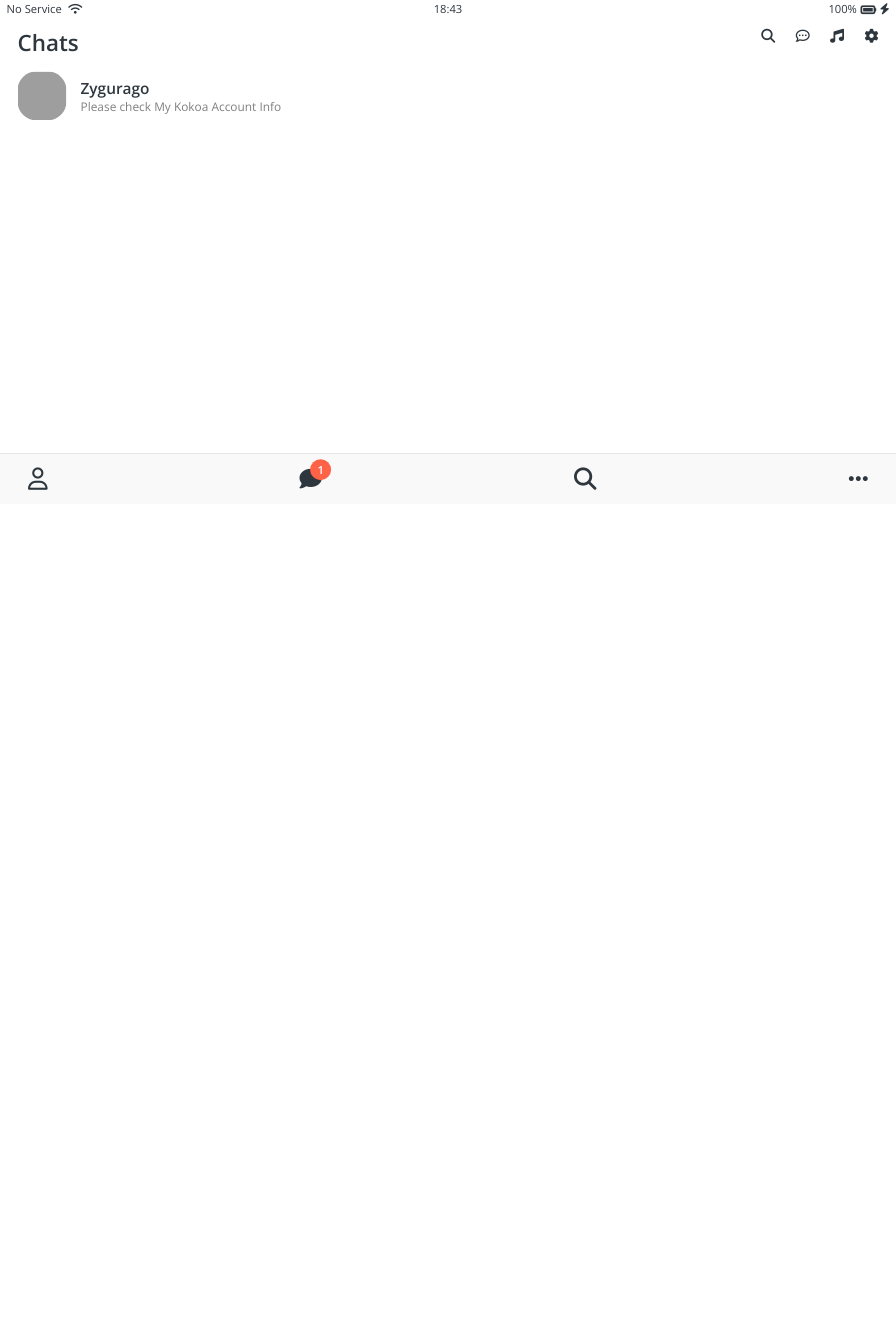
Repository: mocusura12/kokoa-clone-2020
Page: chats.html
These files come from the project's save history. The page is drawn as it stood at one moment and after the next save; the edit follows.
The browser window is 1280 px wide. The pictures show the part of the page from y = 0 to 1920 px (the page is 7200 px tall), at 70% of full size.
Pictures or frames that could not be fetched are drawn as grey boxes. Some web libraries are served in a nearby version.

Above is the page before, as saved 2022-02-23 23:10:42.

### chats.html
<!DOCTYPE html>
<html lang="en">
  <head>
    <link rel="stylesheet" href="css/styles.css" />
    <meta charset="UTF-8" />
    <meta http-equiv="X-UA-Compatible" content="IE=edge" />
    <meta name="viewport" content="width=device-width, initial-scale=1.0" />
    <title>Chats - Kokoa Clone</title>
  </head>
  <body>
    <div class="status-bar">
      <div class="status-bar__column">
        <span>No Service</span>
        <i class="fas fa-wifi"></i>
      </div>
      <div class="status-bar__column">
        <span>18:43</span>
      </div>
      <div class="status-bar__column">
        <span>100%</span>
        <i class="fas fa-battery-full fa-lg"></i>
        <i class="fas fa-bolt"></i>
      </div>
    </div>
    <header class="screen-header">
      <h1 class="screen-header__title">Chats</h1>
      <div class="screen-header__icons">
        <span><i class="fas fa-search fa-lg"></i></span>
        <span><i class="far fa-comment-dots fa-lg"></i></span>
        <span><i class="fas fa-music fa-lg"></i></span>
        <span><i class="fas fa-cog fa-lg"></i></span>
      </div>
    </header>

    <main class="friends-screen">
      <div class="user-component">
        <div class="user-component__column">
          <img
            src="https://avatars.githubusercontent.com/u/3612017"
            class="user-component__avatar"
          />
          <div class="user-component__text">
            <h4 class="user-component__title">Zygurago</h4>
            <h6 class="user-component__subtitle">
              Please check My Kokoa Account Info
            </h6>
          </div>
        </div>
        <div class="user-component__column"></div>
      </div>
    </main>

    <nav class="nav">
      <ul class="nav__list">
        <li class="nav__btn">
          <a class="nav__link" href="friends.html"
            ><i class="far fa-user fa-2x"></i
          ></a>
        </li>
        <li class="nav__btn">
          <a class="nav__link" href="chats.html">
            <span class="nav__notification">1</span>
            <i class="fas fa-comment fa-2x"></i>
          </a>
        </li>
        <li class="nav__btn">
          <a class="nav__link" href="find.html"
            ><i class="fas fa-search fa-2x"></i
          ></a>
        </li>
        <li class="nav__btn">
          <a class="nav__link" href="more.html"
            ><i class="fas fa-ellipsis-h fa-2x"></i
          ></a>
        </li>
      </ul>
    </nav>

    <script
      src="https://kit.fontawesome.com/6478f529f2.js"
      crossorigin="anonymous"
    ></script>
  </body>
</html>

### css/styles.css
@import url("https://fonts.googleapis.com/css2?family=Open+Sans:wght@400;600&display=swap");
@import "reset.css";
@import "variables.css";
/*Components*/
@import "components/status-bar.css";
@import "components/nav-bar.css";
@import "components/screen-header.css";
@import "components/user-component.css";
/*Screens*/
@import "screens/login.css";
@import "screens/friends.css";

body {
  font-family: "Open Sans", sans-serif;
  height: 1000vh;
  color: #2e363e;
}

.main-screen {
  padding: 0px var(--horizontal-space);
}

### css/components/status-bar.css
.status-bar {
  position: fixed;
  top: 0;
  width: 100%;
  display: flex;
  justify-content: center;
  padding: 5px 3px;
  box-sizing: border-box;
}

.status-bar__column {
  width: 33%;
}

.status-bar__column:first-child span {
  margin-right: 5px;
}

.status-bar__column:nth-child(2) {
  display: flex;
  justify-content: center;
}

.status-bar__column:last-child {
  display: flex;
  justify-content: flex-end;
  align-items: center;
}

.status-bar__column .fa-battery-full {
  margin: 0px 5px;
}

### css/components/nav-bar.css
.nav {
  position: fixed;
  bottom: 0;
  width: 100%;
  background-color: #f9f9fa;
  padding: 20px 40px;
  box-sizing: border-box;
  border-top: 1px solid rgba(121, 121, 121, 0.3);
}

.nav__list {
  display: flex;
  justify-content: space-between;
}

.nav__link {
  position: relative;
  color: #2e363e;
}

.nav__notification {
  background-color: tomato;
  width: 30px;
  height: 30px;
  border-radius: 15px;
  display: flex;
  justify-content: center;
  align-items: center;
  color: white;
  font-weight: 600;
  position: absolute;
  left: 15px;
  bottom: 15px;
}

### css/components/screen-header.css
.screen-header {
  display: flex;
  justify-content: space-between;
  align-items: center;
  padding: var(--horizontal-space);
}

.screen-header__title {
  font-size: 32px;
  font-weight: 600;
  padding-top: 20px;
}

.screen-header__icons span {
  margin-left: 25px;
}

### css/components/user-component.css
.user-component {
  justify-content: space-between;
}

.user-component,
.user-component__column:first-child {
  display: flex;
  align-items: center;
}

.user-component__avatar {
  width: 70px;
  height: 70px;
  border-radius: 27px;
  margin-right: 20px;
}

.user-component__title {
  font-weight: 600;
  font-size: 22px;
}

.user-component__subtitle {
  margin-top: 8px;
  font-size: 17px;
  color: rgba(0, 0, 0, 0.5);
}

.user-component__avatar--xl {
  width: 80px;
  height: 80px;
  border-radius: 30px;
  margin-right: 20px;
}

.user-component__avatar--sm {
  width: 60px;
  height: 60px;
  border-radius: 25px;
}

.user-component__title--not-bold {
  font-weight: 400;
}

.user-component__column:last-child {
  color: rgba(0, 0, 0, 0.5);
}

### css/screens/login.css
.welcome-header {
  margin: 90px 0px;
  text-align: center;
  display: flex;
  flex-direction: column;
  align-items: center;
  font-weight: 600;
}

.welcome-header__title {
  margin-bottom: 30px;
  font-size: 25px;
}

.welcome-header__text {
  width: 60%;
  opacity: 0.7;
}

#login-form {
  display: flex;
  flex-direction: column;
  margin: 0px 30px;
}

#login-form input {
  border: none;
  padding: 15px 0px;
  font-size: 18px;
  margin-bottom: 25px;
}

#login-form input:not([type="submit"]) {
  border-bottom: 1px solid rgba(0, 0, 0, 0.2);
  transition: border-color 0.3s ease-in-out;
}

#login-form input::placeholder {
  color: rgba(0, 0, 0, 0.4);
}

#login-form input:focus {
  border-color: var(--yellow);
}

#login-form input[type="submit"] {
  background-color: var(--yellow);
  cursor: pointer;
  padding: 20px 0px;
  border-radius: 5px;
}

#login-form a {
  text-align: center;
  text-decoration: none;
  color: inherit;
  font-size: 13px;
}

### css/screens/friends.css
#friends-display-link {
  text-align: center;
  display: block;
  background-color: #fafafa;
  padding: 15px 0px;
  font-size: 18px;
  margin-bottom: 5px;
}

#friends-display-link i {
  color: rgba(0, 0, 0, 0.3);
  margin-right: 5px;
}

.friends-screen {
  padding: 0px var(--horizontal-space);
}

.friends-screen__channel {
  margin-top: 25px;
  border-top: 1px solid rgba(0, 0, 0, 0.2);
  padding-top: 15px;
}

.friends-screen__channel-header {
  margin-bottom: 30px;
  display: flex;
  justify-content: space-between;
  color: rgba(0, 0, 0, 0.5);
}

Loaded but not shown: css/reset.css (common file); css/variables.css (common file)

After the next save:
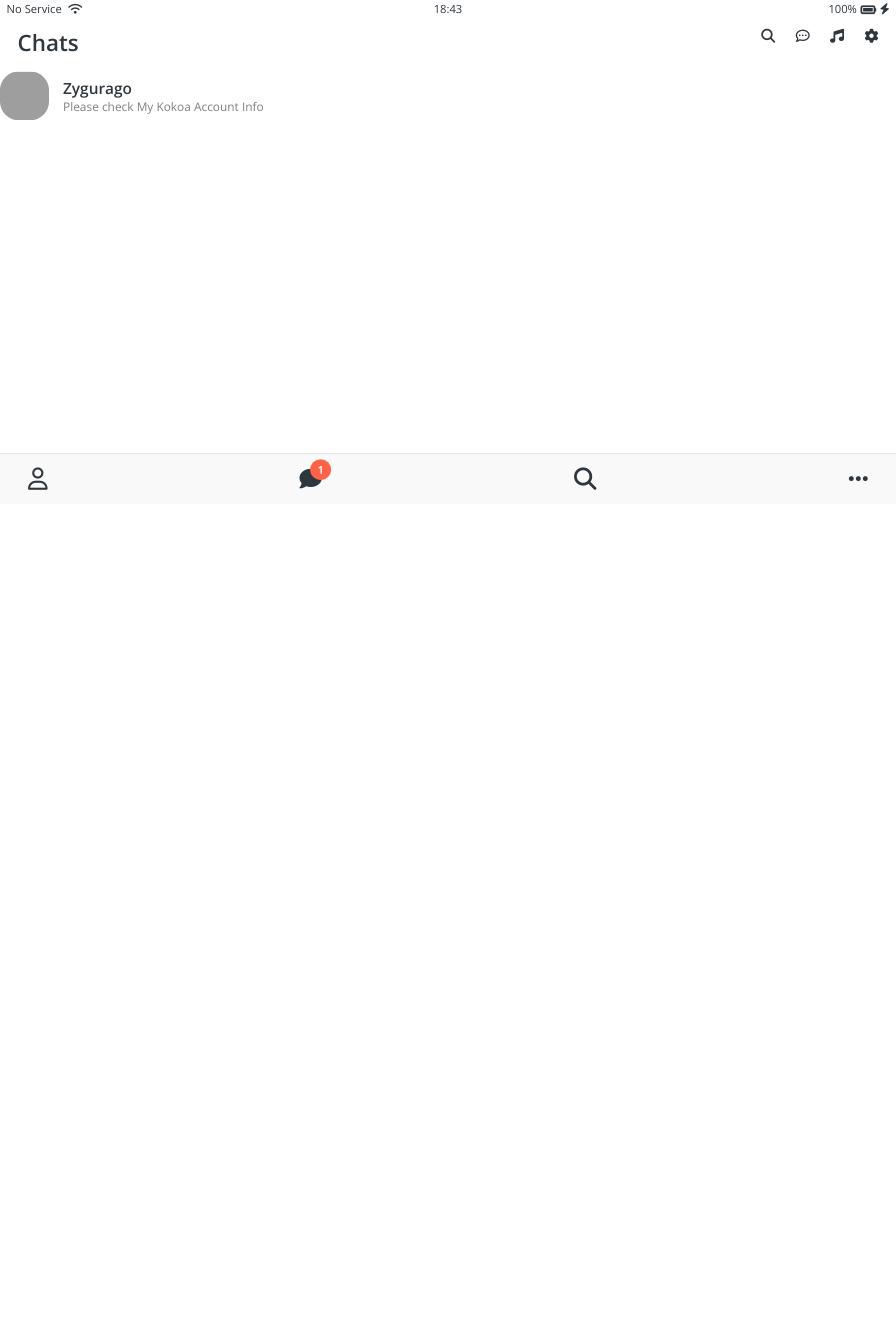
Saved 11 s later.
--- a/chats.html
+++ b/chats.html
@@ -32,7 +32,7 @@
       </div>
     </header>
 
-    <main class="friends-screen">
+    <main class="main-sreen">
       <div class="user-component">
         <div class="user-component__column">
           <img

After the save that followed:
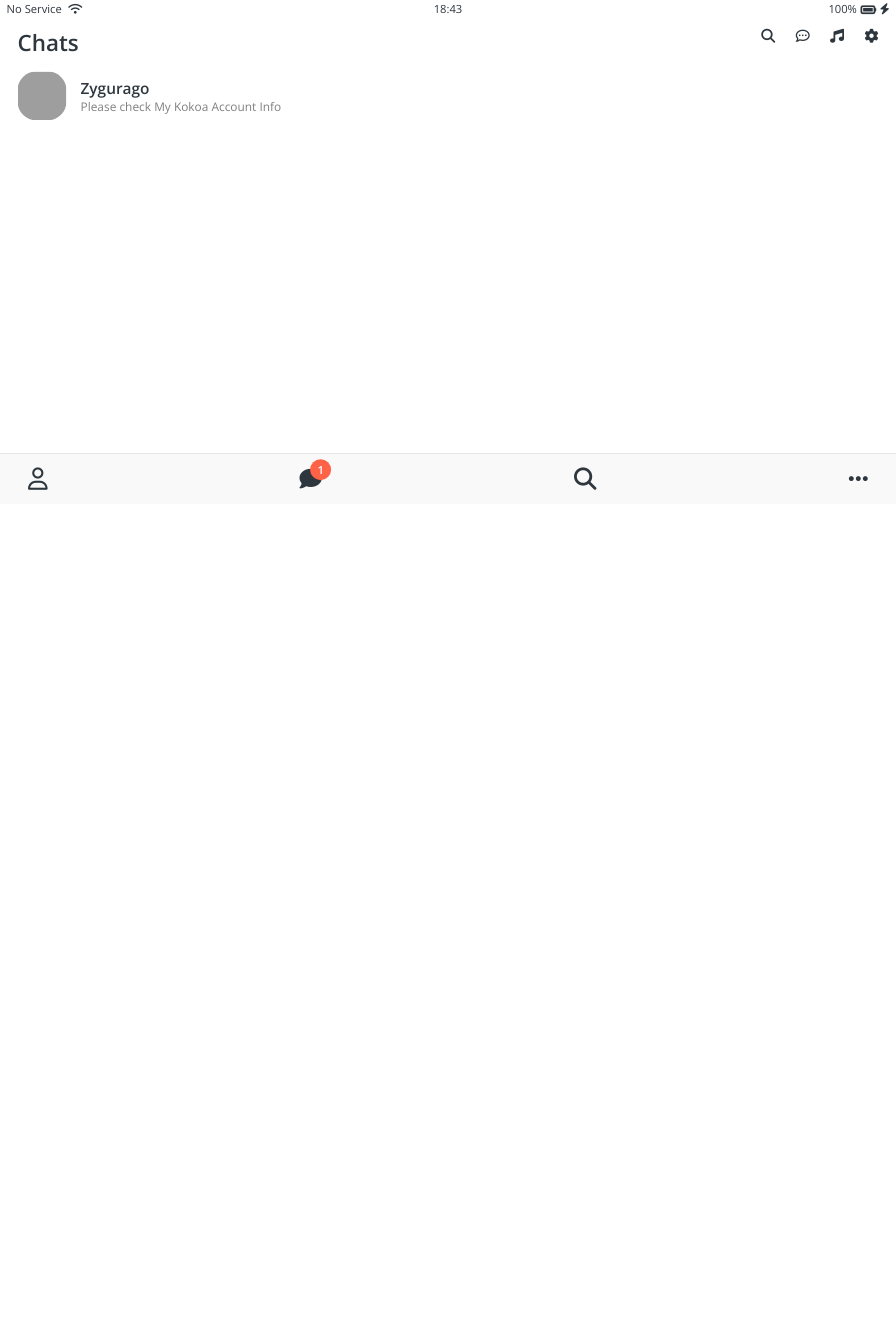
Saved 9 s later.
--- a/chats.html
+++ b/chats.html
@@ -32,7 +32,7 @@
       </div>
     </header>
 
-    <main class="main-sreen">
+    <main class="main-screen">
       <div class="user-component">
         <div class="user-component__column">
           <img
